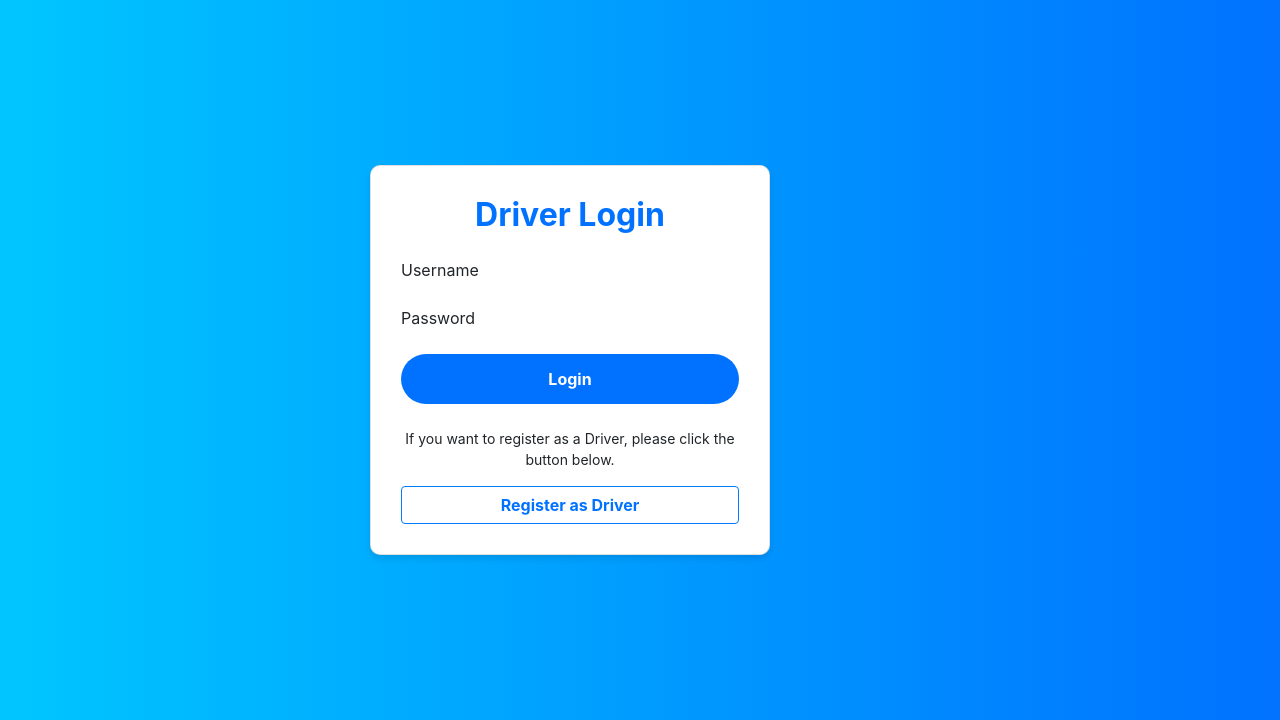
Repository: Jijiluzana225/indahagdelivery.com
Page: store/templates/store/driver_login.html
The author's editor kept a copy of each file at every save. The page is drawn from the files as they stood at one save, then again after the next save.
The browser window is 1280 px wide. The pictures show the whole page.
The template is drawn by Django 5.2. The application's start-up code is not run. The template is opened directly, without the code that normally fills it, so the values that code supplies are empty.

Above is the page before, as saved 2025-06-25 09:22:34.

After the next save:
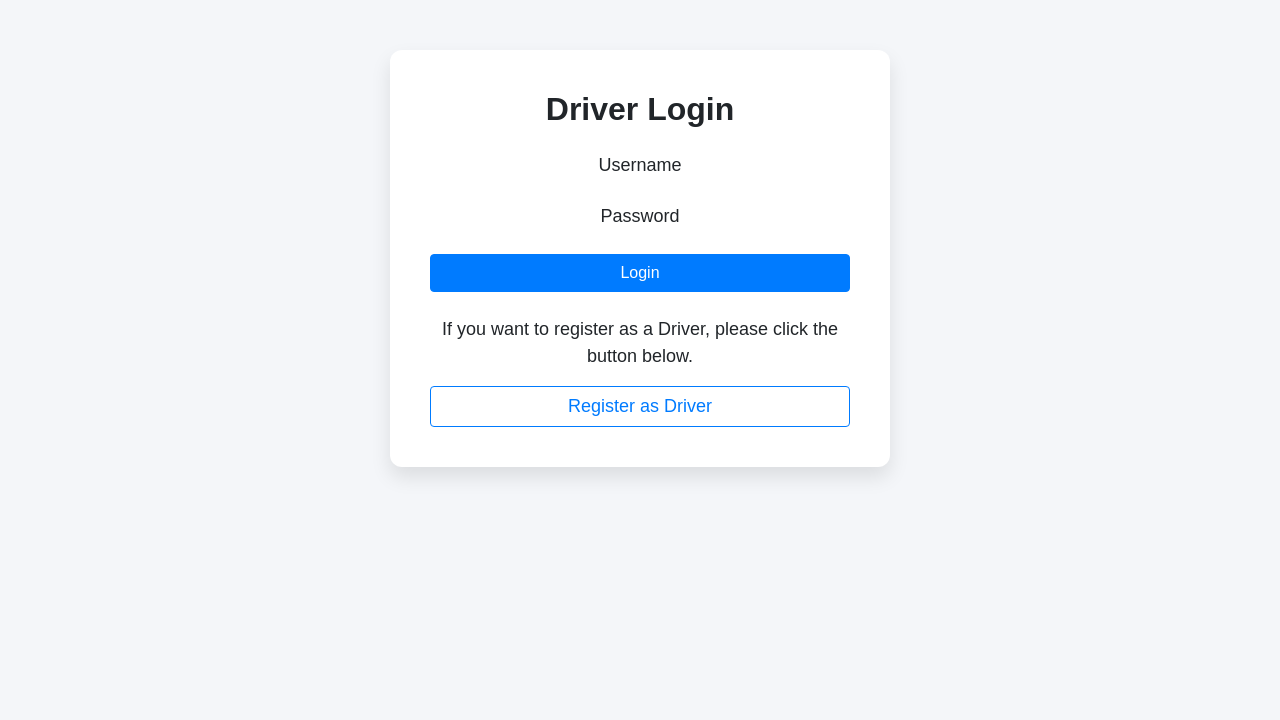
Saved 61 s later.
--- a/store/templates/store/driver_login.html
+++ b/store/templates/store/driver_login.html
@@ -8,60 +8,86 @@
     <link rel="stylesheet" href="https://cdnjs.cloudflare.com/ajax/libs/bootstrap/4.5.2/css/bootstrap.min.css">
     <style>
         body {
-            background: linear-gradient(to right, #00c6ff, #0072ff);
-            height: 100vh;
-            display: flex;
-            justify-content: center;
-            align-items: center;
+            background-color: #f4f6f9;
+            font-family: 'Arial', sans-serif;
+            font-size: 18px; /* Increase default font size */
         }
-
-        .card {
-            border-radius: 10px;
-            box-shadow: 0 4px 6px rgba(0, 0, 0, 0.1);
-            padding: 30px;
-            background-color: white;
+        .login-form {
+            max-width: 500px;
+            margin: 50px auto;
+            padding: 40px;
+            background-color: #ffffff;
+            border-radius: 12px;
+            box-shadow: 0 10px 20px rgba(0, 0, 0, 0.1);
+            text-align: center;
+        }
+        .login-form h2 {
+            font-size: 32px; /* Increase heading font size */
+            font-weight: 600;
+            margin-bottom: 30px;
+        }
+        .form-control {
+            border-radius: 8px;
+            border: 1px solid #ccc;
+            padding: 14px;
+            font-size: 18px; /* Increase font size of inputs */
+        }
+        .form-group button {
+            font-size: 18px; /* Increase button font size */
+            padding: 14px;
+            background-color: #007bff;
+            border-color: #007bff;
+            color: white;
+            border-radius: 8px;
             width: 100%;
-            max-width: 400px;
+            transition: all 0.3s ease;
         }
-
-        .card h2 {
-            color: #0072ff;
-            font-weight: bold;
+        .form-group button:hover {
+            background-color: #0056b3;
+            border-color: #0056b3;
         }
-
-        .btn-custom {
-            background-color: #0072ff;
-            color: white;
-            font-weight: bold;
-            border-radius: 30px;
-            padding: 12px 30px;
+        .form-group input:focus {
+            border-color: #007bff;
+            box-shadow: 0 0 5px rgba(0, 123, 255, 0.5);
         }
-
-        .btn-custom:hover {
-            background-color: #0056b3;
-            color: white;
+        .form-group input {
+            transition: border-color 0.3s ease;
         }
-
-        .alert-info {
-            background-color: #d1ecf1;
-            color: #0c5460;
-            border-radius: 5px;
-            padding: 10px;
+        .text-center a {
+            color: #007bff;
+            text-decoration: none;
+            font-size: 18px; /* Increase link font size */
+        }
+        .text-center a:hover {
+            text-decoration: underline;
+        }
+        .alert {
+            border-radius: 8px;
+            margin-bottom: 20px;
+            font-size: 18px; /* Increase alert message font size */
+        }
+        .logo {
+            max-width: 250px;
             margin-bottom: 20px;
         }
-
-        .register-link {
-            font-size: 14px;
-        }
-
-        .register-link a {
-            color: #0072ff;
-            font-weight: bold;
-            text-decoration: none;
-        }
-
-        .register-link a:hover {
-            text-decoration: underline;
+        /* Adjustments for mobile */
+        @media (max-width: 576px) {
+            .login-form {
+                padding: 30px;
+                margin: 40px auto;
+            }
+            .login-form h2 {
+                font-size: 28px; /* Slightly smaller heading on mobile */
+            }
+            .form-control {
+                font-size: 16px; /* Smaller font for inputs on mobile */
+            }
+            .form-group button {
+                font-size: 16px; /* Smaller button font size on mobile */
+            }
+            .text-center a {
+                font-size: 16px; /* Smaller link font size on mobile */
+            }
         }
     </style>
 </head>
@@ -70,7 +96,7 @@
 <div class="container">
     <div class="row justify-content-center">
         <div class="col-md-6">
-            <div class="card">
+            <div class="login-form">
                 <h2 class="text-center mb-4">Driver Login</h2>
 
                 {% if messages %}
@@ -94,10 +120,10 @@
                         {{ form.password }}
                     </div>
 
-                    <button type="submit" class="btn btn-custom btn-block">Login</button>
+                    <button type="submit" class="btn btn-primary btn-block">Login</button>
                 </form>
 
-                <div class="mt-4 text-center register-link">
+                <div class="mt-4 text-center">
                     <p>If you want to register as a Driver, please click the button below.</p>
                     <a href="{% url 'driver_register' %}" class="btn btn-outline-primary btn-block">Register as Driver</a>
                 </div>
